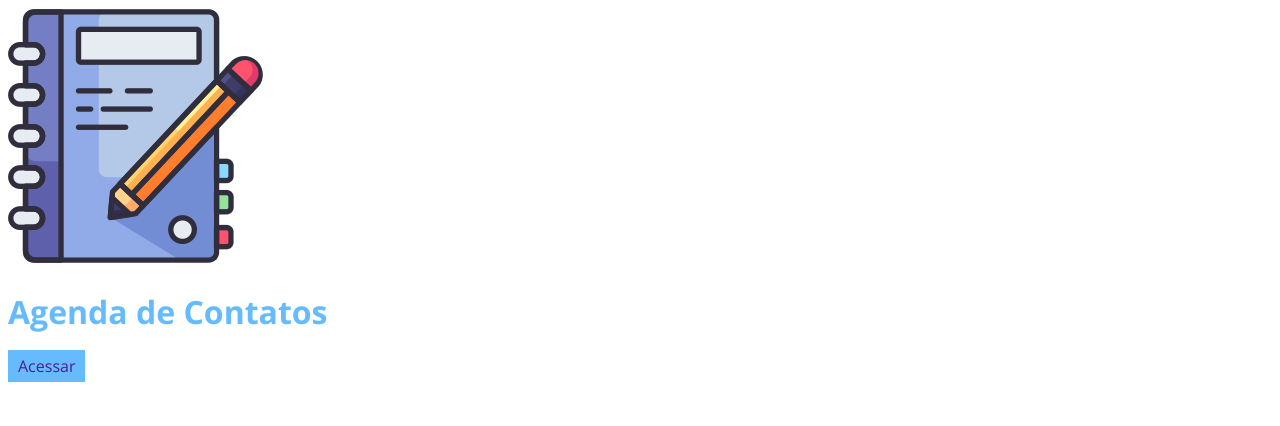
Repository: jairft/Agenda
Page: http://localhost/agenda/
These files come from the project's save history. The page is drawn as it stood at one moment and after the next save; the edit follows.
The browser window is 1280 px wide. The pictures show the whole page.
The page is served by Tomcat 9. Other server files are loaded and not shown.

Above is the page before, as saved 2022-09-05 21:30:32.

### agenda/src/main/webapp/index.html
<!DOCTYPE html>
<html lang="pt-br">
<head>
<meta charset="utf-8">
<title>Agenda de contatos</title>
<link rel="icon" href="imagens/fivicon.png">
<link rel="styLesheet" href="style.css">
</head>
<body>
<img src="imagens/agenda.png">
	<h1>Agenda de Contatos</h1>
	<a href="" class="botao1">Acessar</a>
</body>
</html>

### agenda/src/main/webapp/style.css
@charset "utf-8";
@import url('https://fonts.googleapis.com/css2?family=Open+Sans:wght@400;700&display=swap');

body {
	font-family: 'Open Sans', sans-serif;
	font-size: 1em;
	font-weight: 400;
}

h1 {
	color: #66bbff;

}
.botao1 {
	text-decoration: none;
	background-color: #66bbff;
	padding: 5px 10px 5px 10px;
}

After the next save:
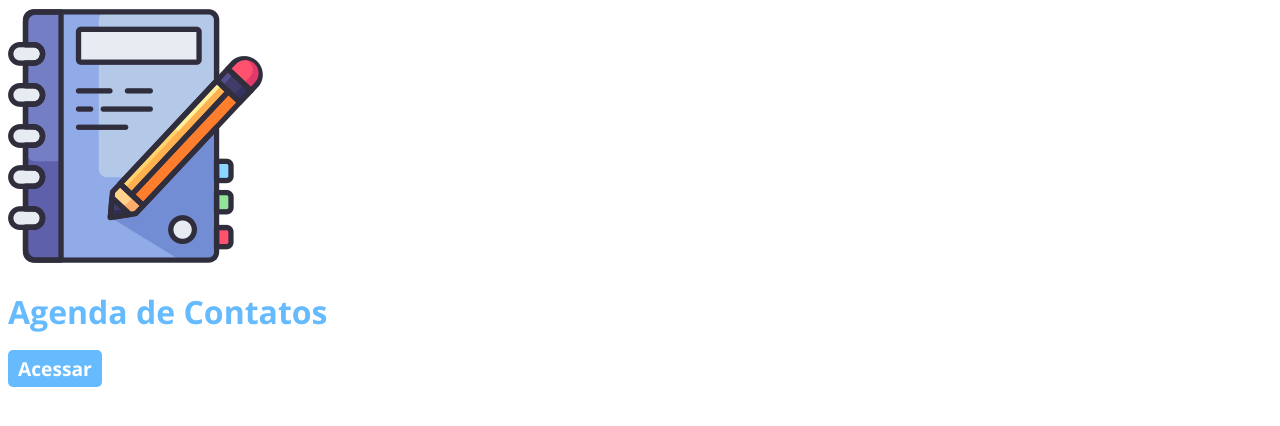
Saved 14 min 23 s later.
--- a/agenda/src/main/webapp/style.css
+++ b/agenda/src/main/webapp/style.css
@@ -15,4 +15,8 @@ h1 {
 	text-decoration: none;
 	background-color: #66bbff;
 	padding: 5px 10px 5px 10px;
+	color: #fff;
+	font-size: 1.2em;
+	font-weight: 700;
+	border-radius: 5px;
 }
